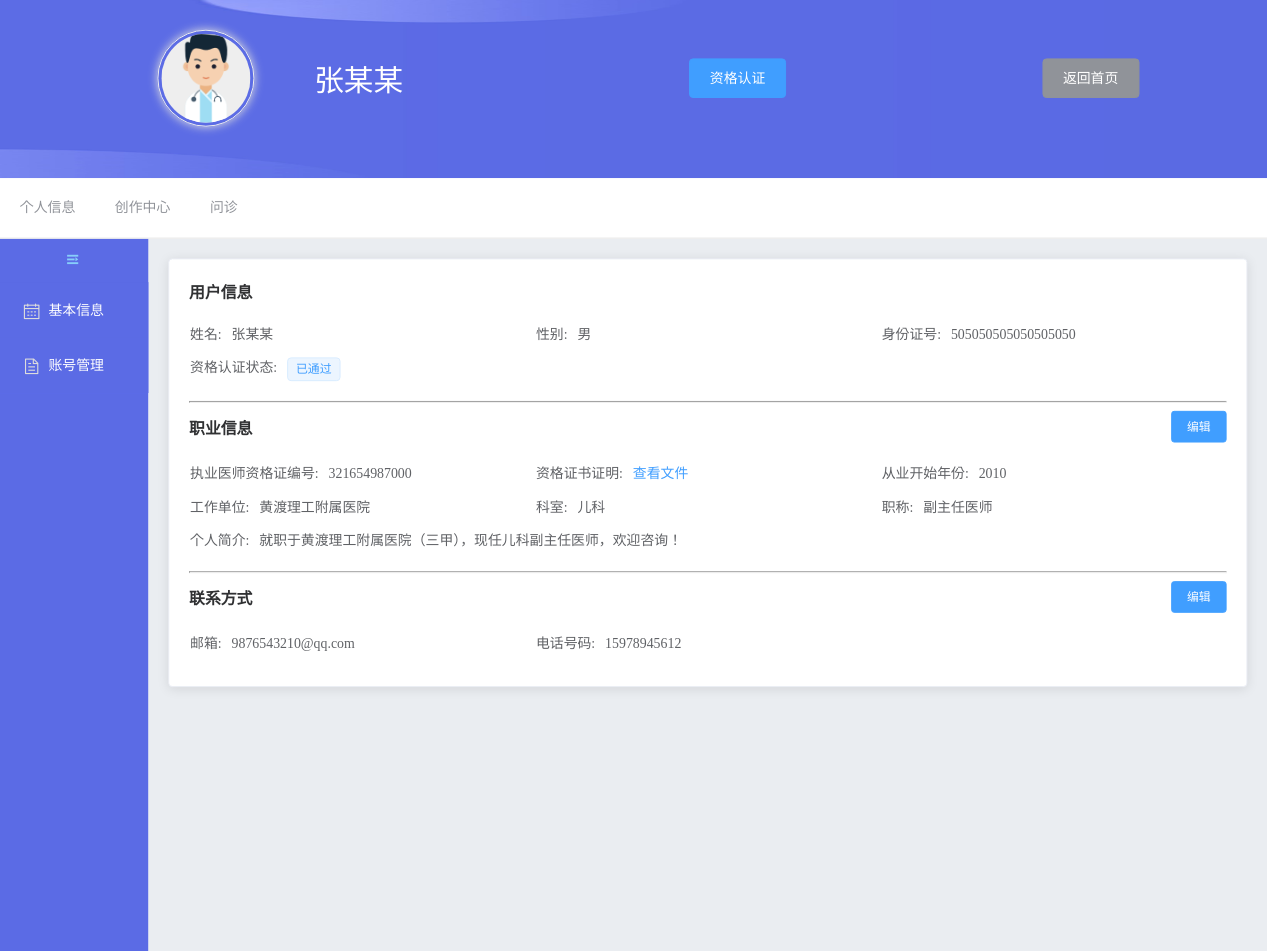
Repository: DiscreteL/SOA_Front
Page: /#/docInfo
An editor plug-in stored every save of this project. The page is shown before and after the next save, followed by the edit.
The browser window is 1280 px wide. The pictures show the whole page, at 99% of full size.
The project was rebuilt for these pictures with package versions that can differ from the ones it lists, and the page was loaded fresh each time. Also part of the build but not shown: vue.config.js, src/components/navigation.vue, src/components/dialog.vue, src/views/news.vue, src/components/announcement.vue, src/components/patientKnow.vue, src/views/Home.vue, src/views/login.vue and 15 more.

Above is the page before, as saved 2021-11-29 10:33:43.

### src/main.js
import Vue from 'vue'
import App from './App.vue'
import router from './router'
import store from './store'
import ElementUI from 'element-ui';
import 'element-ui/lib/theme-chalk/index.css';
import instance_ from "@/utils/api";

Vue.use(ElementUI);

Vue.config.productionTip = false

Vue.prototype.instance = instance_

new Vue({
  router,
  store,
  render: h => h(App)
}).$mount('#app')

router.beforeEach((to, from, next) => {
  /* 路由发生变化修改页面title */
  if (to.meta.title) {
      document.title = to.meta.title
  }
  next()
})

### src/App.vue
<template>
  <div id="app">
    <router-view/>
  </div>
</template>

<style lang="less" scoped>
</style>

<script>
export default {
  name: 'app'
}
</script>

### src/router/index.js
import Vue from 'vue'
import VueRouter from 'vue-router'
import Home from '../views/Home.vue'
import Login from '../views/login.vue'
import Register from '../views/register.vue'
import News from '../views/news.vue'
import Online from '../views/online.vue'
import diseaseInfo from '../views/diseaseInfo.vue'
import adminHome from '../views/admin/adminHome.vue'
import docApp from '../views/docApplication/index.vue'
import problemList from '../views/problem/index.vue'
import problemAdd from '../views/problem/problemAdd.vue'
import message from '../views/message/index.vue'
import report from '../views/report/index.vue'

Vue.use(VueRouter)

const routes = [
  { path: '/', redirect: '/login' },
  {
    path: '/home',
    name: 'Home',
    component: Home,
    meta: { title: '欢迎来到济病通！' }
  },
  {
    path: '/login',
    name: 'Login',
    component: Login,
    meta: { title: '请先登录！' }
  },
  {
    path: '/register',
    name: 'Register',
    component: Register,
    meta: { title: '请先注册！' }
  },
  {
    path: '/news',
    name: 'News',
    component: News,
    meta: { title: '科普资讯' }
  },
  {
    path: '/online',
    name: 'Online',
    component: Online,
    meta: { title: '线上问诊预约' }
  },
  {
    path: '/diseaseInfo',
    name: 'diseaseInfo',
    component: diseaseInfo,
    meta: { title: '疾病信息库' }
  },
  {
    path: '/adminHome',
    name: 'adminHome',
    component: adminHome,
    meta: { title: '管理员主页' },
    children: [
      {
        path: '/docApp',
        component: docApp,
        meta: { title: '医生资格认证申请' }
      },
      {
        path: '/problemList',
        component: problemList,
        meta: { title: '问题列表' }
      },
      {
        path: '/problemAdd',
        component: problemAdd,
        meta: { title: '添加常见问题' }
      },
      {
        path: '/report',
        component: report,
        meta: { title: '反馈列表' }
      },
      {
        path: '/message',
        component: message,
        meta: { title: '资讯列表' }
      },
    ]
  },
  {
    path: '/userhome2',
    name: 'UserHome2',
    component: () => import('../views/doctor/userHome2.vue'),
    redirect: '/docInfo',
    children: [{
      path: '/docInfo',
      component: () => import('../views/doctor/info/docInfo.vue'),
      meta: { title: '基本信息' },
    },
    {
      path: '/accManage',
      component: () => import('../views/doctor/info/accManage.vue'),
      meta: { title: '账号管理' },
    },
    ]
  },
  {
    path: '/userhome1',
    name: 'UserHome1',
    component: () => import('../views/patient/UserHome1.vue'),
    children: [{
      path: '/esseninfo',
      component: () => import('../views/patient/info/EssenInfo.vue'),
      meta: { title: '基本信息' },
    },
    {
      path: '/accmanage',
      component: () => import('../views/patient/info/AccManage.vue'),
      meta: { title: '账号管理' },
    },
    ]
  },

  {
    path: '/collection',
    name: 'Collection',
    component: () => import('../views/patient/Collection.vue'),
    redirect: 'collection/person',

    children: [{
      path: 'person',
      component: () => import('../views/patient/collection/Person.vue'),
      meta: { title: '关注人' },

    },
    {
      path: 'video',
      component: () => import('../views/patient/collection/Video.vue'),
      meta: { title: '收藏视频' },

    },
    {
      path: 'article',
      component: () => import('../views/patient/collection/Article.vue'),
      meta: { title: '收藏推文' },
    },
    ]
  },
  {
    path: '/consult',
    name: 'Consult',
    component: () => import('../views/patient/Consult.vue'),
    redirect: '/consult/record',
    children: [
      {
        path: 'total',
        component: () => import('../views/patient/consult/apply/TotalApply.vue'),
        meta: { title: '预约' }

      },
      {
        path: 'success',
        component: () => import('../views/patient/consult/apply/SucApply.vue'),
        meta: { title: '预约' },
      },
      {
        path: 'fail',
        component: () => import('../views/patient/consult/apply/FailApply.vue'),
        meta: { title: '预约' },
      },
      {
        path: 'wait',
        component: () => import('../views/patient/consult/apply/WaitApply.vue'),
        meta: { title: '预约' },
      },
      {
        path: 'record',
        name: 'Record',
        component: () => import('../views/patient/consult/Record.vue'),
        meta: { title: '问诊记录' }

      }
    ]
  },
  {
    path: '/help',
    name: 'Help',
    component: () => import('../views/patient/Help.vue'),
    meta: { title: '帮助中心' }
  },

  // {
  //   path: '/about',
  //   name: 'About',
  //   // route level code-splitting
  //   // this generates a separate chunk (about.[hash].js) for this route
  //   // which is lazy-loaded when the route is visited.
  //   component: () => import(/* webpackChunkName: "about" */ '../views/About.vue')
  // }
]

const router = new VueRouter({
  routes
})

export default router

### src/utils/api.js
//输出通用axios实例
import axios from 'axios';
axios.defaults.withCredentials = false

const instance = axios.create({
  timeout: 10000,
   headers: {
    'Content-Type': "multipart/form-data;charset=utf-8",
  }
});

export default {
  //GqvbYer04485869e6b5acbed4ed10dfd79468f6d84577b1

   diseaseList (data) {
     return instance.get("https://api.apishop.net/common/disease/queryDiseaseList?apiKey=GqvbYer04485869e6b5acbed4ed10dfd79468f6d84577b1&page=1&pageSize=50", data);
   },
   diseaseInfo(data){
    return instance.get("https://api.apishop.net/common/disease/queryDiseaseInfo?apiKey=GqvbYer04485869e6b5acbed4ed10dfd79468f6d84577b1&diseaseID="+data);
   }


//   allUser () {
//     return instance.post('/api/user');
//   },
//   allProduct () {
//    return instance.post('/api/product')
//   },
//   upload (data) {
//     return instance.post('/api/upload',data)
//   },
//   regist (data){
//   	return instance.post('/api/createOrUpdateUser',data)
//   }
};

### src/views/doctor/userHome2.vue
<template>
  <div class="home_container">
    <UserHomeNav2></UserHomeNav2>
    <el-container>
      <!--侧边栏-->
      <el-aside :width="isCollapse ? '64px' : '150px'">
        <div class="toggle-button" @click="toggleCollapse">
          <div v-if="this.isCollapse == true">
            <i class="el-icon-s-fold"></i>
          </div>
          <div v-else>
            <i class="el-icon-s-unfold"></i>
          </div>
        </div>
        <el-menu
          background-color="#5b6be5"
          text-color="#fff"
          active-text-color="#409EFF"
          :collapse="isCollapse"
          :collapse-transition="false"
          :router="true"
          :default-active="activePath"
        >
          <!-- :unique-opened="true"->只允许展开一个菜单 -->
          <!-- :collapse-transition="false" -> 关闭动画 -->
          <!-- router -> 导航开启路由模式 -->
          <el-menu-item index="/docInfo" @click="saveNavState('/docInfo')">
            <i class="el-icon-date" style="color: #dcdcdc"></i>
            <span slot="title">基本信息</span>
          </el-menu-item>
          <el-menu-item index="/accManage" @click="saveNavState('/accManage')">
            <i class="el-icon-document" style="color: #dcdcdc"></i>
            <span slot="title">账号管理</span>
          </el-menu-item>
        </el-menu>
      </el-aside>
      <!--右侧主体区-->
      <el-main>
        <router-view></router-view>
      </el-main>
    </el-container>
    <!-- 个人信息部分 -->
    <!-- <div class="Info" style="color:#909399">
            <strong> 姓名：</strong>{{ userInfo.name }} <br />
            <strong>身份证号：</strong>{{ userInfo.number }} <br />
            <strong>出生日期：</strong>{{ userInfo.borndate }} <br />
            <strong>性别：</strong>{{ userInfo.gender }} <br />
            <strong>邮箱：</strong>{{ userInfo.mail }} <br />
            <strong>身高：</strong>{{ userInfo.height }} <br />
            <strong>体重：</strong>{{ userInfo.weight }} <br />
            <strong>血压：</strong>{{ userInfo.bloodpressure }} <br />
            <strong>心率：</strong>{{ userInfo.heartrate }}
          </div> -->
  </div>
</template>

<script>
import UserHomeNav2 from "@/components/userhomenav2.vue";

export default {
  name: "userHome2",
  components: {
    UserHomeNav2,
  },
  // data() {
  //   return {
  //     // 返回个人信息
  //     // userID: window.sessionStorage.getItem("id"),
  //     userInfo: {}, //用户个人信息
  //     item: {
  //       id: "",
  //     },
  //   };
  // },
  data() {
    return {
      // 默认不折叠
      isCollapse: false,
      // 被激活导航地址
      activePath: "",
    };
  },
  created() {
    this.getMenuList();
    this.activePath = window.sessionStorage.getItem("activePath");
  },
  methods: {
    toggleCollapse() {
      this.isCollapse = !this.isCollapse;
    },
    saveNavState(activePath) {
      window.sessionStorage.setItem("activePath", activePath);
      this.activePath = activePath;
    },
  },
};
</script>

<style lang="less" scoped>
// .Info {
//   text-align: left;
//   font: 15px "Microsoft YaHei";
//   align-content: center;
//   width: 80%;
//   position: relative;
// }
html,
body {
  width: 100%;
  height: 100%;
  margin: 0px;
  padding: 0px;
}
.home_container {
  height: 100vh;
}
.el-container {
  height: 100%;
}
.el-aside {
  background-color: #5b6be5;
  .el-menu {
    border-right: none;
  }
}
.el-main {
  background-color: #eaedf1;
}
.toggle-button {
  background-color: #5b6be5;
  font-size: 15px;
  line-height: 24px;
  color: #87cefa;
  text-align: center;
  letter-spacing: 0.2em;
  cursor: pointer;
  padding: 10px;
}
.logo_box {
  height: 60px;
  width: 60px;
  border: 5px #53868b;
  border-radius: 50%; /* 圆角 */
  position: relative;
  margin: 30px;
}
.port_box img {
  width: 100%;
  height: 100%;
  border-radius: 50%; /* 圆角 */
  background-color: #53868b;
}
</style>

### src/views/doctor/info/docInfo.vue
<template>
  <el-card>
    <el-descriptions title="用户信息">
      <el-descriptions-item label="姓名"
        >张某某{{ userInfo.name }}</el-descriptions-item
      >
      <el-descriptions-item label="性别">
        男{{ userInfo.gender }}</el-descriptions-item
      >
      <el-descriptions-item label="身份证号">505050505050505050</el-descriptions-item>
      <el-descriptions-item label="资格认证状态" >
      <el-tag size="small">已通过</el-tag>
      </el-descriptions-item>

    </el-descriptions>
    <hr />
    <el-descriptions
      class="margin-top"
      title="职业信息"
      :column="3"
      :size="size"
    >
      <template slot="extra">
        <el-button type="primary" size="small">编辑</el-button>
      </template>
      <el-descriptions-item label="执业医师资格证编号"
        >321654987000{{ userInfo.certiNum }}</el-descriptions-item
      >
      <el-descriptions-item label="资格证书证明">
        <el-link type="primary">查看文件</el-link>
      </el-descriptions-item>
      <el-descriptions-item label="从业开始年份"
        >2010{{ userInfo.workLength }}</el-descriptions-item
      >
      <el-descriptions-item label="工作单位"
        >黄渡理工附属医院{{ userInfo.hospital }}</el-descriptions-item
      >
      <el-descriptions-item label="科室"
        >儿科{{ userInfo.department }}</el-descriptions-item
      >
      <el-descriptions-item label="职称"
        >副主任医师{{ userInfo.title }}</el-descriptions-item
      >
      <el-descriptions-item label="个人简介"
        >就职于黄渡理工附属医院（三甲），现任儿科副主任医师，欢迎咨询！{{ userInfo.intro }}</el-descriptions-item
      >
    </el-descriptions>

    <hr />
    <el-descriptions
      class="margin-top"
      title="联系方式"
      :column="3"
      :size="size"
    >
      <template slot="extra">
        <el-button type="primary" size="small">编辑</el-button>
      </template>
      <el-descriptions-item label="邮箱"
        >9876543210@qq.com{{ userInfo.mail }}</el-descriptions-item
      >
      <el-descriptions-item label="电话号码"
        >15978945612{{ userInfo.tel }}</el-descriptions-item
      >
      >
    </el-descriptions>
  </el-card>
</template>
<script>
export default {
  data() {
    return {
      // 返回个人信息
      // userID: window.sessionStorage.getItem("id"),
      userInfo: {}, //用户个人信息
      item: {
        id: "",
      },
    };
  },
};
</script>

<style scoped>

</style>

### src/components/userhomenav2.vue
<template>
  <div class="container">
    <div class="head">
      <div class="background">
        <img src="@/assets/back.jpg" alt="" width="100%" height="100%" />
      </div>
      <div class="headmain">
        <div class="left">
          <!-- 头像部分 -->
          <div class="port_box">
            <img src="../assets/docPort.png" />
          </div>

          <!-- 个人信息部分 -->
          <div
            class="Info"
            style="color: white; font-size: 30px; font-family: 宋体"
          >
            {{ userName }}<br />
          </div>
        </div>
        <div>
          <el-button type="primary" style="right:100px" @click="returnhome">资格认证</el-button>
        </div>
        <div>
          <el-button type="info" @click="returnhome">返回首页</el-button>
        </div>
      </div>
    </div>
    <div class="navBar">
      <el-menu
        :default-active="this.$route.path"
        class="el-menu-demo"
        router
        mode="horizontal"
        active-text-color="#409EFF"
      >
        <el-menu-item v-for="(item, i) in navList" :key="i" :index="item.name">
          {{ item.navItem }}
        </el-menu-item>
      </el-menu>
    </div>
    <div></div>
  </div>
</template>

<script>
export default {
  name: "UserHomeNav2",
  data() {
    return {
      //   userID: window.sessionStorage.getItem("id"),
      userName: "张某某",
      navList: [
        { name: "/userHome2", navItem: "个人信息" },
        { name: "/message", navItem: "创作中心" },
        { name: "/consult", navItem: "问诊" },
        // { name: "/help", navItem: "帮助中心" },
      ],
    };
  },
  methods: {
    returnhome(){
      this.$router.push("/home");
    }
  },
};
</script>

<style scoped>
.head {
  height: 180px;
  width: 100%;
}
.background {
  width: 100%;
  height: 180px;
  z-index: -1;
  position: absolute;
}
.headmain {
  display: flex;
  justify-content: space-around;
  align-items: center;

}
.left {
  display: flex;
  align-items: center;
}
.port_box {
  height: 90px;
  width: 90px;
  border: 1px solid #eee;
  border-radius: 50%; /* 圆角 */
  padding: 3px; /*图片和边框之间的间距 */
  box-shadow: 0 0 10px #ddd; /*阴影 */
  position: relative;
  margin: 30px;
}
.port_box img {
  width: 100%;
  height: 100%;
  border-radius: 50%; /* 圆角 */
  background-color: #eee;
}

.Info {
  text-align: left;
  font: 15px "Microsoft YaHei";
  margin: 30px;
  position: relative;
}
</style>

### src/axios/url.js
import patient from './modules/patient';
import alluser from './modules/alluser';
import doctor from './modules/doctor';
import admin from './modules/admin';
export default {
    patient,
    alluser,
    doctor,
    admin,
};

### src/axios/request.js
import axios from './axios';
export default {
  // get请求
  get(url, param) {
    return new Promise((resolve, reject) => {
      axios({
        method: 'get',
        url,
        params: param
      })
        .then((res = {}) => {
          if (res.code !== '200') reject(res);
          resolve(res);
        })
        .catch(_ => {
          reject(_)});
    });
  },
  // post请求
  post(url, param) {
    return new Promise((resolve, reject) => {
      axios({
        method: 'post',
        url,
        data: param,
      })
        .then((res = {}) => {
          if (res.code !== '200') reject(res);
          resolve(res);
        })
        .catch(_ => reject(_));
    });
  },
};

### src/axios/modules/patient.js
export default {
    getDocListData:'/Patient/GetDoctorList',
    getDrugData:'/Patient/GetDrugInforList',
    getHosData:'/Patient/GetHospitalList',
    getNoticeData:'/Patient/GetNoticeList',
    getDiseaseData:'/Patient/GetDiseaseList',
    patientLogin:'/Patient/Login',
    doctorLogin:'/Doctor/Login',
    patientRegister:'/Patient/Register',
    doctorRegister:'/Doctor/Register',
    postReservationData:'/Patient/PostReservation',
    sendAcidForm:'/Patient/PostAppOfNuc',
    sendOffineReservation:'/Patient/PostOfflineApp',
    getCart:'/Patient/GetCart',
    clearCart:'/Patient/EmptyCart',
    addCart:'/Patient/AddDrug',
    getDocInfoData:'/Patient/GetDoctor',
    getDrugsIncludedListData:'/Patient/GetIncludeList',
    postRateData:'/Patient/PostRating',
    getPreData:'/Patient/GetPre',
    getDiseaseListData:'/Patient/GetDiseaseList',//存在重复
    getDepartmentListData:'/Patient/GetDepartmentList',//存在重复
    getPatientInfo:'/Patient/GetPatiInfor',
    postAutoAddData:'/Patient/AutoAddDrug',
    getDrugListData:'/Patient/GetDrugInforList',//存在重复
    getLocalImg:'/Patient/GetImg',
    getNAT:'/Patient/GetAppsOfNuc',
    postNoticeData:'/Admin/PostNotice',
    deleteNotice:'/Admin/DeleteNotice',
    getPaiIno:'/Patient/GetPatient',
    getOfflineApp:'/Patient/GetOfflineAppList',
    getReservations:'/Patient/GetReservations',
    getPatiBMI:'/Patient/GetPatiInfor',
    getHospital:'/Patient/GetHospital',
    getPreData:'/Patient/GetPre',
    postPaiIno:'/Patient/ModInfor',
    postUpdateReservation:'Patient/UpdateReservation',
    postRectifyOfflineApp:'/Patient/RectifyOfflineApp',
    postRectifyNucleicApp:'/Patient/RectifyNucleicApp',
    updateReservationData:'/Patient/UpdateReservation',
    getDoctorData:'/Doctor/GetDoctor',
    getRecordsData:'/Doctor/GetReservationLists',
    getCompletedRecordsData:'/Doctor/GetRecords'
  };

### src/axios/modules/alluser.js
export default{
    sendChatMes:'/Base/PostChat',
    getChatMes:'/Base/GetChat'
};

### src/axios/modules/doctor.js
export default {
    getPatientInfoData:'/Doctor/GetPatient',
    postPreData:'/Doctor/PostPre',
    postMedicineIncludedData:'/Doctor/PostInclude',
    postReportData:'/Doctor/PostReport',
    getDocIno:'/Doctor/GetDoctor',
};

### src/axios/modules/admin.js
export default {
    getReportListData:'/Admin/GetReportForms',
    getNoticeListData:'/Admin/GetNoticeList',
    postNoticeData:'/Admin/PostNotice'
}

### src/axios/axios.js
import axios from 'axios';
import router from '../router';
import Vue from 'vue';
import qs from 'qs';
//import store from '../store/index';

//import Storage from '../utils/storages';


// 错误状态码处理提示
class MessageTip extends Vue {
  static messageTipInstance = null;
  messageTip = null;

  static instance() {
    if (!this.messageTipInstance) {
      this.messageTipInstance = new MessageTip();
    }
    this.messageTipInstance;
  }

  // 提示信息
  msgInfo(msg) {
    this.messageTip && this.messageTip.close();
    this.messageTip = this.$message({
      showClose: true,
      message: msg,
      type: 'error',
      center: true
    });
  }

  // 错误信息
  errorInfo(errorCode) {
    this.messageTip && this.messageTip.close();
    let msg = '';
    switch (errorCode) {
      case '400':
        msg = '请求错误';
        break;
      case '401':
        msg = '登录会话过期，请重新登录';
        break;
      case '403':
        msg = '拒绝访问';
        break;
      case '404':
        msg = '请求地址出错';
        break;
      case '408':
        msg = '请求超时';
        break;
      case '500':
        msg = '服务器内部错误';
        break;
      case '501':
        msg = '服务器未实现';
        break;
      case '502':
        msg = '网络错误';
        break;
      case '503':
        msg = '服务不可用';
        break;
      case '504':
        msg = '网关超时';
        break;
      case '505':
        msg = 'HTTP版本不受支持';
        break;
    }
    this.messageTip = this.$message({
      showClose: true,
      message: msg,
      type: 'error',
      center: true
    });
  }
}

const messageTip = new MessageTip();

axios.defaults.headers.post['Content-Type'] = 'application/json';

axios.defaults.withCredentials = true;
axios.defaults.baseURL = '/api';
axios.defaults.timeout = 5000;
// 请求拦截器
axios.interceptors.request.use(
  config => {
    if(config.method === 'post') {
      config.data = qs.stringify(config.data)
      config.url += '?' + config.data
    }
    else {
      config.params = qs.stringify(config.params)
      config.url += '?' + config.params
    }
    //config.headers.token = localStorage.getItem('$token_info');
    return config;
  },
  error => {
    return Promise.reject(error);
  }
);

// 响应拦截器
axios.interceptors.response.use(
  response => {
    response.data = {
      result:response.data,
      code:`${response.status}`
    }
    if (response && response.data && response.data.code !== '200') {
      response.data.msg && messageTip.msgInfo(response.data.msg);
      console.log(response)
      return Promise.reject(response.data);
    }
    return response.data;
  },
  error => {
    console.log(error)
    console.log(error.response)
    if (
      error &&
      error.response &&
      error.response.status &&
      messageTip.errorInfo(error.response.status)
    ) {
      return Promise.reject(error);
    }
  }
);
export default axios;

Loaded but not shown: public/index.html (common file); src/store/index.js (common file); src/service/userService.js (198 lines, source omitted)

After the next save:
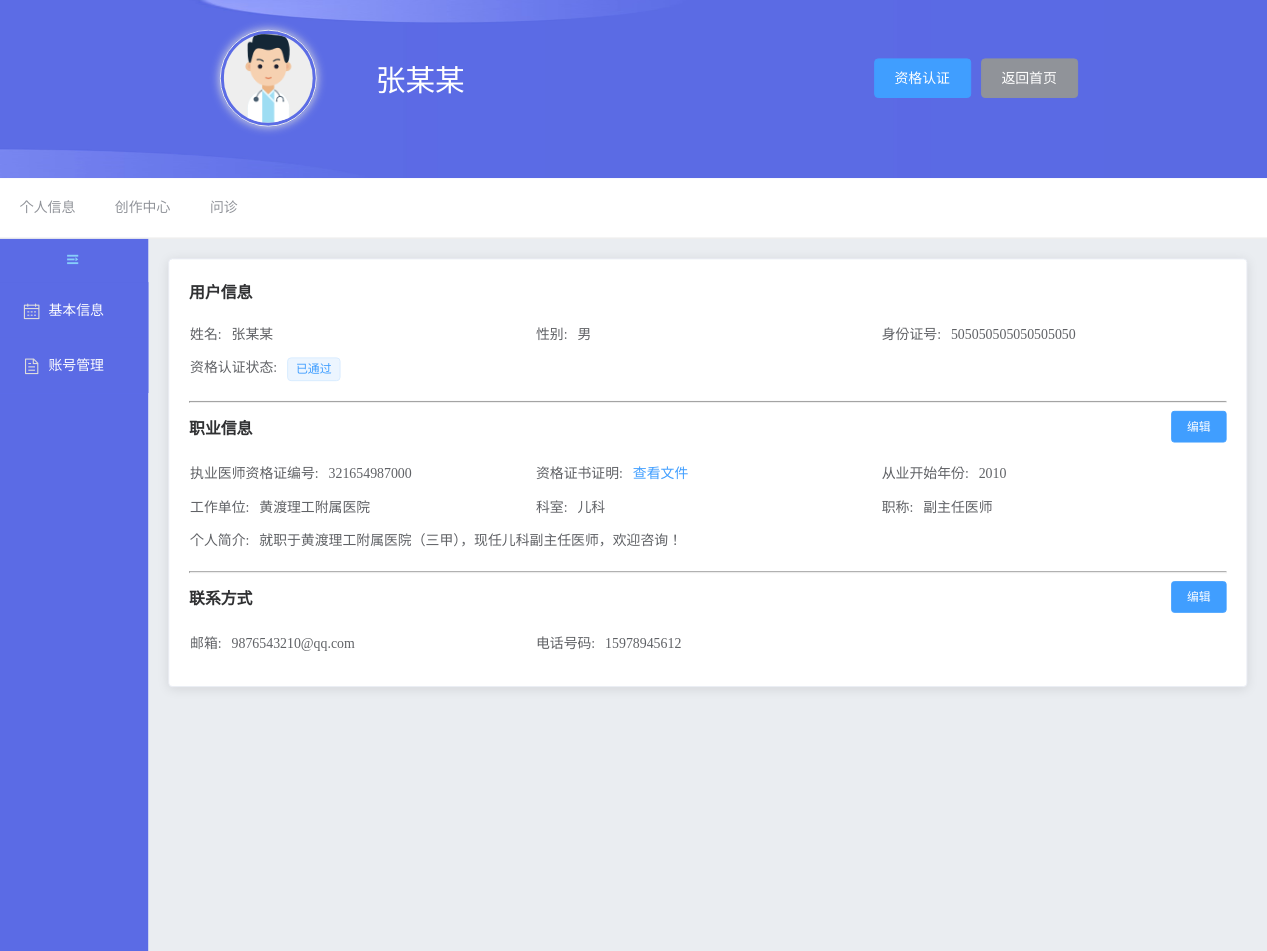
Saved 41 s later.
--- a/src/components/userhomenav2.vue
+++ b/src/components/userhomenav2.vue
@@ -20,9 +20,7 @@
           </div>
         </div>
         <div>
-          <el-button type="primary" style="right:100px" @click="returnhome">资格认证</el-button>
-        </div>
-        <div>
+            <el-button type="primary" style="right:100px" @click="returnhome">资格认证</el-button>
           <el-button type="info" @click="returnhome">返回首页</el-button>
         </div>
       </div>
